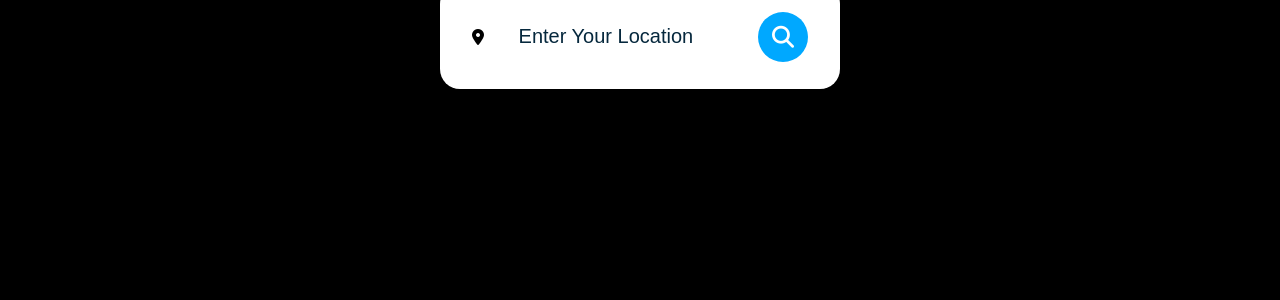
Repository: Pr1s0n3r627/weather
Page: index.html
These files come from the project's save history. The page is drawn as it stood at one moment and after the next save; the edit follows.
The browser window is 1280 px wide. The pictures show the whole page.
The pointer rests on the first visible `.search-box button`.
Some web libraries are served in a nearby version.

Above is the page before, as saved 2024-05-18 23:05:51.
Not found: index.js

After the next save:
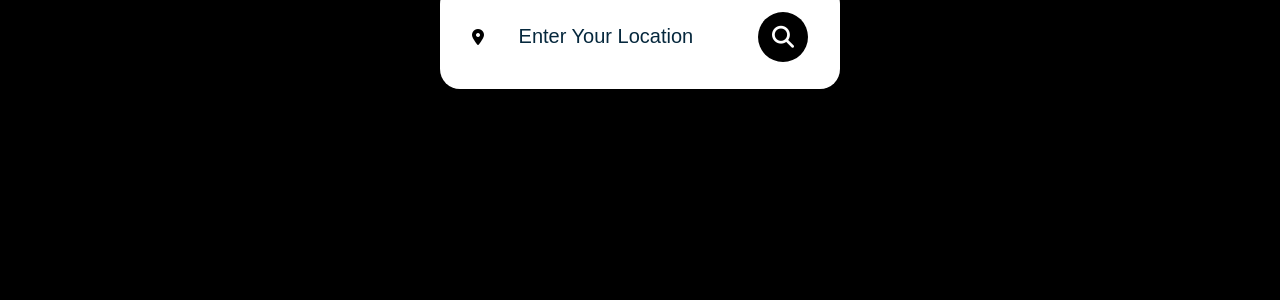
Saved 9 s later.
--- a/style.css
+++ b/style.css
@@ -62,6 +62,6 @@ body{
 }
 
 .search-box button:hover{
-    background: #00a8ff;
+    background: #000000;
     color: #fff;
 }
